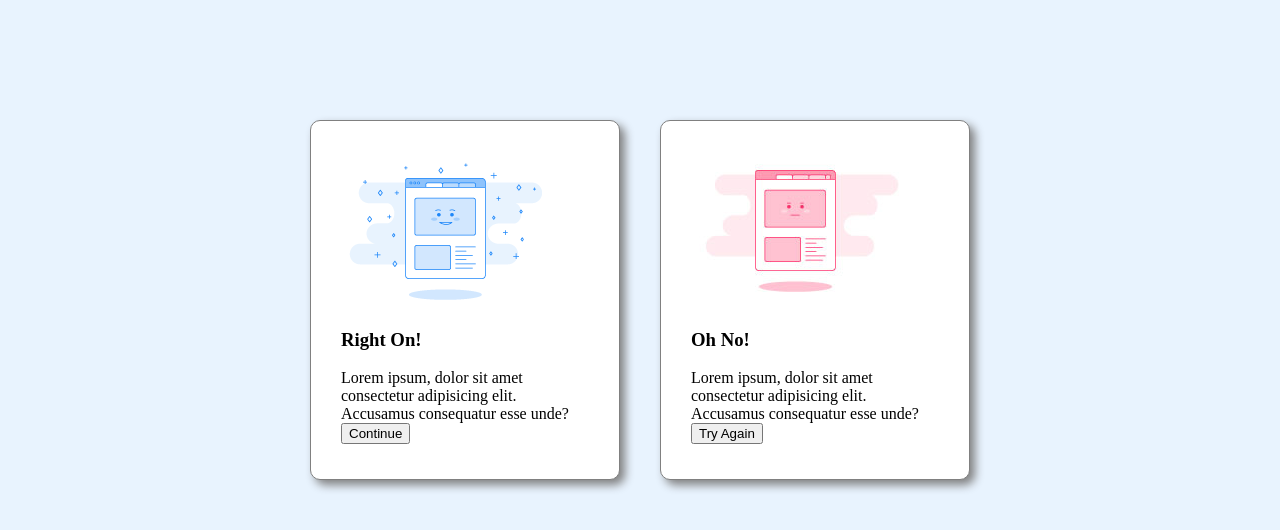
Repository: giahuy405/flash_message_BEM
Page: index.html
These files come from the project's save history. The page is drawn as it stood at one moment and after the next save; the edit follows.
The browser window is 1280 px wide. The pictures show the whole page.

Above is the page before, as saved 2022-09-06 02:32:28.

After the next save:
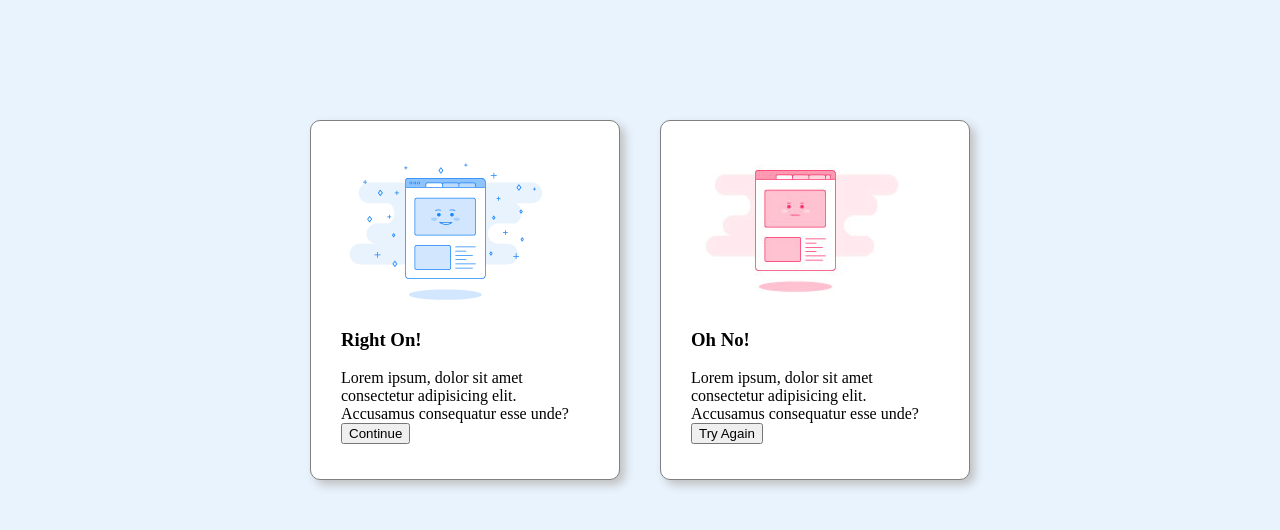
Saved 9 s later.
--- a/css/index.css
+++ b/css/index.css
@@ -25,5 +25,5 @@ body{
     background-color: white;
     border-radius: 10px;
     padding: 35px 30px;
-    box-shadow: 5px 5px 10px gray;
+    box-shadow: 5px 5px 10px rgb(193, 193, 193);
 }
